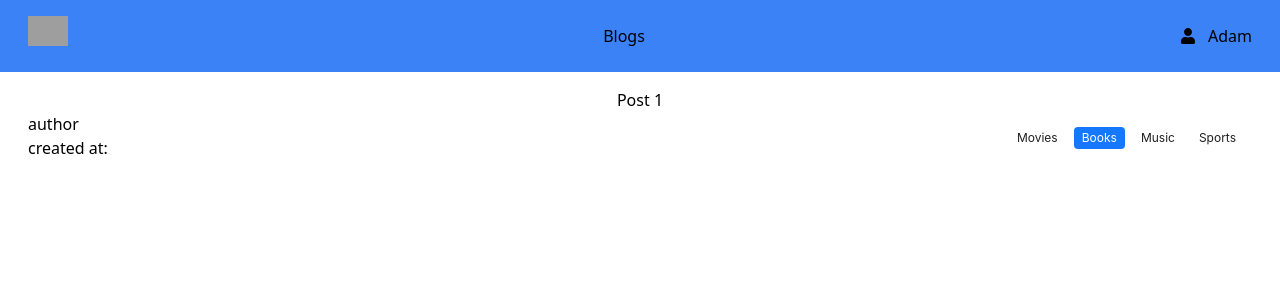
Repository: Lan-au-75/zv-app
Page: /
The author's editor kept a copy of each file at every save. The page is drawn from the files as they stood at one save, then again after the next save.
The browser window is 1280 px wide. The pictures show the whole page.
Pictures or frames that could not be fetched are drawn as grey boxes. The page's requests for data from a server got no answer. The project was rebuilt for these pictures with package versions that can differ from the ones it lists, and the page was loaded fresh each time. No one was signed in, and anything a server would have sent is missing. Also part of the build but not shown: vite.config.js.

Above is the page before, as saved 2023-12-13 11:22:34.

After the next save:
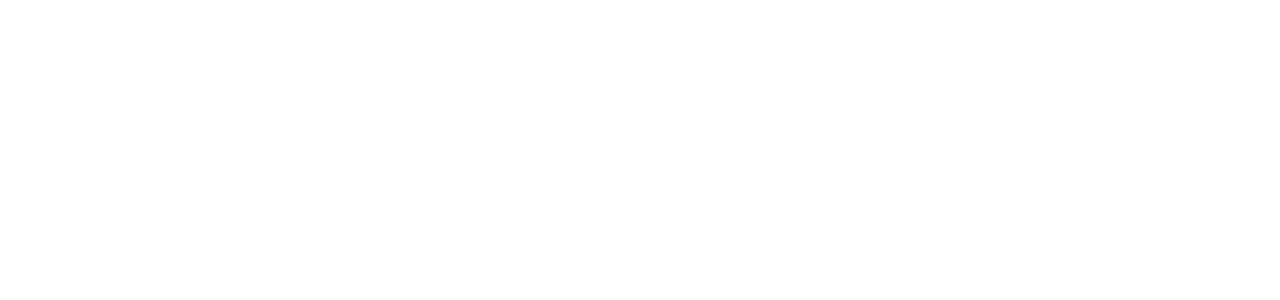
Console error: ReferenceError: Space is not defined
Saved 8 s later.
--- a/src/App.jsx
+++ b/src/App.jsx
@@ -2,6 +2,7 @@
 import Header from './components/Header'
 import { useEffect, useState } from 'react'
 import CheckableTag from 'antd/es/tag/CheckableTag'
+import Post from './components/Post'
 
 const tagsData = ['Movies', 'Books', 'Music', 'Sports']
 
@@ -29,32 +30,7 @@
     return (
         <div>
             <Header></Header>
-            <main className='p-4'>
-                <h1 className='flex items-center justify-center'>Post 1</h1>
-                <div className='flex items-center justify-between mx-3'>
-                    {/* author */}
-                    <div>
-                        <h3>author</h3>
-                        <span className='mt-2'>created at: </span>
-                    </div>
-                    {/* search keyword */}
-                    <div>
-                        <Space size={[0, 8]} wrap>
-                            {tagsData.map((tag) => (
-                                <CheckableTag
-                                    key={tag}
-                                    checked={selectedTags.includes(tag)}
-                                    onChange={(checked) => handleChange(tag, checked)}
-                                >
-                                    {tag}
-                                </CheckableTag>
-                            ))}
-                        </Space>
-                    </div>
-                </div>
-                {/* desc */}
-                <p></p>
-            </main>
+            <Post></Post>
         </div>
     )
 }

After the save that followed:
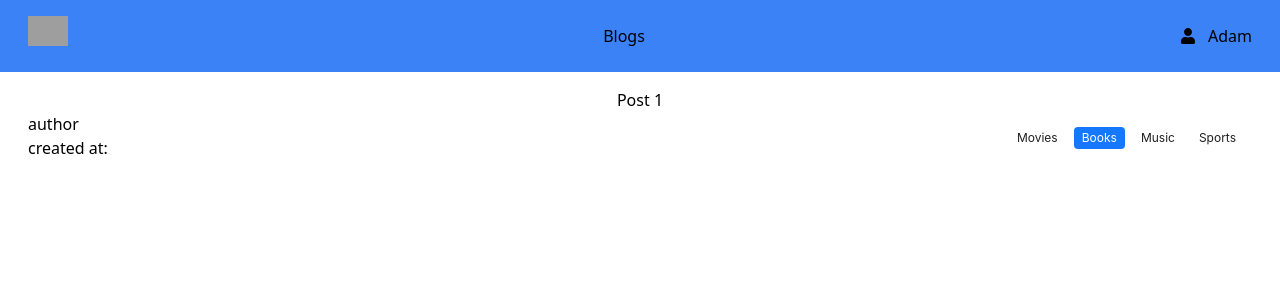
The error is gone.
Saved 56 s later.
--- a/src/components/Post.jsx
+++ b/src/components/Post.jsx
@@ -1,4 +1,19 @@
+import { Space } from 'antd'
+import CheckableTag from 'antd/es/tag/CheckableTag'
+import { useState } from 'react'
+
+const tagsData = ['Movies', 'Books', 'Music', 'Sports']
+
 function Post() {
+    const [selectedTags, setSelectedTags] = useState(['Books'])
+
+    const handleChange = (tag, checked) => {
+        const nextSelectedTags = checked
+            ? [...selectedTags, tag]
+            : selectedTags.filter((t) => t !== tag)
+        console.log('You are interested in: ', nextSelectedTags)
+        setSelectedTags(nextSelectedTags)
+    }
     return (
         <main className='p-4'>
             <h1 className='flex items-center justify-center'>Post 1</h1>
